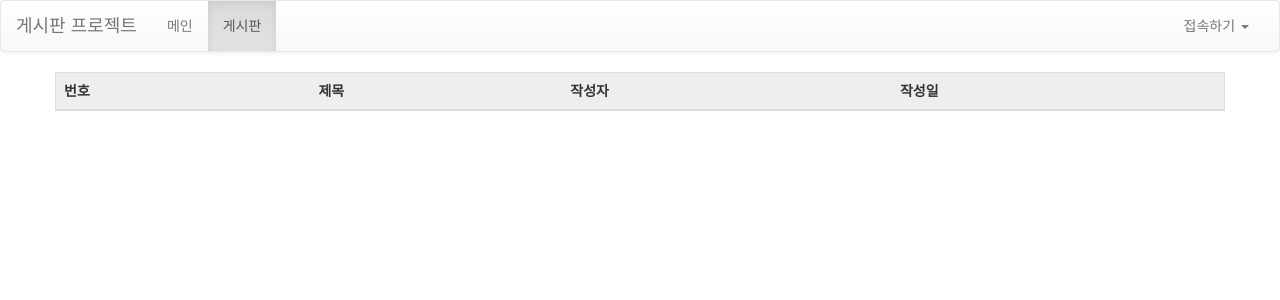
Repository: Seok7975/JSP-Education
Page: http://localhost/BBS/bbs.jsp
These files come from the project's save history. The page is drawn as it stood at one moment and after the next save; the edit follows.
The browser window is 1280 px wide. The pictures show the whole page.
Some web libraries are served in a nearby version. The page is served by Tomcat 9. Other server files are loaded and not shown.

Above is the page before, as saved 2024-06-05 08:05:42.

### List_Projects/BBS/src/main/webapp/bbs.jsp
 <!-- 회원가입화면 -->
<%@ page language="java" contentType="text/html; charset=UTF-8"
    pageEncoding="UTF-8"%>
<%@ page import="java.io.PrintWriter" %>
<!DOCTYPE html>
<html>
<head>
<meta http-equiv="Content-Type" content="text/html; charset=UTF-8">
<meta name="viewport" content="width=device-width, initial-scale=1">
<!-- Latest compiled and minified CSS -->
<link rel="stylesheet" href="https://cdn.jsdelivr.net/npm/bootstrap@3.3.7/dist/css/bootstrap.min.css" integrity="sha384-BVYiiSIFeK1dGmJRAkycuHAHRg32OmUcww7on3RYdg4Va+PmSTsz/K68vbdEjh4u" crossorigin="anonymous">
<!-- Optional theme -->
<link rel="stylesheet" href="https://cdn.jsdelivr.net/npm/bootstrap@3.3.7/dist/css/bootstrap-theme.min.css" integrity="sha384-rHyoN1iRsVXV4nD0JutlnGaslCJuC7uwjduW9SVrLvRYooPp2bWYgmgJQIXwl/Sp" crossorigin="anonymous">
<!-- jQuery (necessary for Bootstrap's JavaScript plugins) -->
<script src="https://code.jquery.com/jquery-3.1.1.min.js"></script>
<!-- Latest compiled and minified JavaScript -->
<script src="https://cdn.jsdelivr.net/npm/bootstrap@3.3.7/dist/js/bootstrap.min.js" integrity="sha384-Tc5IQib027qvyjSMfHjOMaLkfuWVxZxUPnCJA7l2mCWNIpG9mGCD8wGNIcPD7Txa" crossorigin="anonymous"></script>
<title>JSP 게시판 웹 사이트</title>
</head>
<body>
<%
	String userID = null;
	if (session.getAttribute("userID") != null) {
		userID = (String) session.getAttribute("userID");
	}
%>
	<nav class="navbar navbar-default">
		<div class="container-fluid">
			<div class="navbar-header">
				<button type="button" class="navbar-toggle collapsed" data-toggle="collapse" data-target="#bs-example-navbar-collapse-1" aria-expanded="false">
					<span class="sr-only">Toggle navigation</span>
					<span class="icon-bar"></span>
					<span class="icon-bar"></span>
					<span class="icon-bar"></span>
				</button>
				<a class="navbar-brand" href="main.jsp">게시판 프로젝트</a>
			</div>
			<div class="collapse navbar-collapse" id="bs-example-navbar-collapse-1">
				<ul class="nav navbar-nav">
					<li><a href="main.jsp">메인</a></li>
					<li class="active"><a href="bbs.jsp">게시판</a></li>
				</ul>
				<%
					if(userID == null) {
				%>
					<ul class="nav navbar-nav navbar-right">
						<li class="dropdown">
							<a href="#" class="dropdown-toggle" data-toggle="dropdown" role="button" aria-haspopup="true" aria-expanded="false">접속하기 <span class="caret"></span></a>
							<ul class="dropdown-menu">
								<li><a href="login.jsp">로그인</a></li>
								<li><a href="join.jsp">회원가입</a></li>
							</ul>
						</li>
					</ul>
				<%
					} else {
				%>
						<ul class="nav navbar-nav navbar-right">
						<li class="dropdown">
							<a href="#" class="dropdown-toggle" data-toggle="dropdown" role="button" aria-haspopup="true" aria-expanded="false">회원관리<span class="caret"></span></a>
							<ul class="dropdown-menu">
								<li><a href="logoutAction.jsp">로그아웃</a></li>
							</ul>
						</li>
					</ul>
				<%
					}
				%>
			</div>
		</div>
	</nav>

	<div class = "container">
		<div class="row">
			<table class="table table-striped" style="text-align: center; border: 1px solid #dddddd">
			<thead>
				<tr>
					<th style="background-color: #eeeeee"; text-align: center;">번호</th>
					<th style="background-color: #eeeeee"; text-align: center;">제목</th>
					<th style="background-color: #eeeeee"; text-align: center;">작성자</th>
					<th style="background-color: #eeeeee"; text-align: center;">작성일</th>
				</tr>
			</thead>
		</div>
	</div>
</body>
</html>

After the next save:
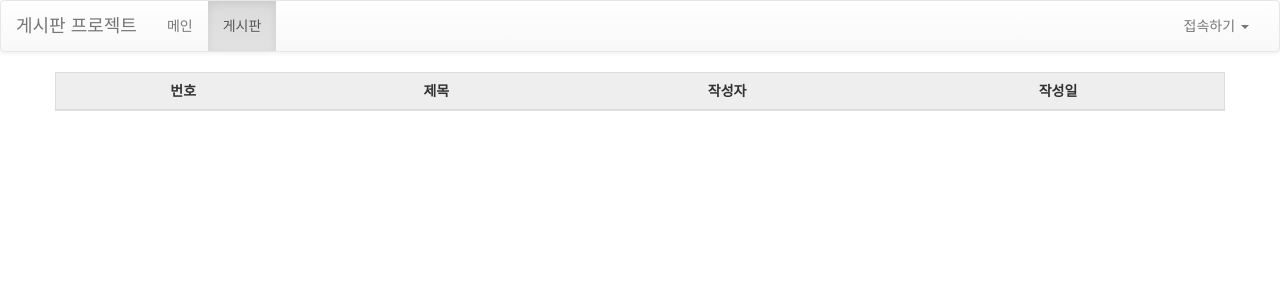
Saved 90 s later.
--- a/List_Projects/BBS/src/main/webapp/bbs.jsp
+++ b/List_Projects/BBS/src/main/webapp/bbs.jsp
@@ -70,15 +70,15 @@
 		</div>
 	</nav>
 
-	<div class = "container">
+	<div class="container">
 		<div class="row">
 			<table class="table table-striped" style="text-align: center; border: 1px solid #dddddd">
 			<thead>
 				<tr>
-					<th style="background-color: #eeeeee"; text-align: center;">번호</th>
-					<th style="background-color: #eeeeee"; text-align: center;">제목</th>
-					<th style="background-color: #eeeeee"; text-align: center;">작성자</th>
-					<th style="background-color: #eeeeee"; text-align: center;">작성일</th>
+					<th style="background-color: #eeeeee; text-align: center;">번호</th>
+					<th style="background-color: #eeeeee; text-align: center;">제목</th>
+					<th style="background-color: #eeeeee; text-align: center;">작성자</th>
+					<th style="background-color: #eeeeee; text-align: center;">작성일</th>
 				</tr>
 			</thead>
 		</div>
